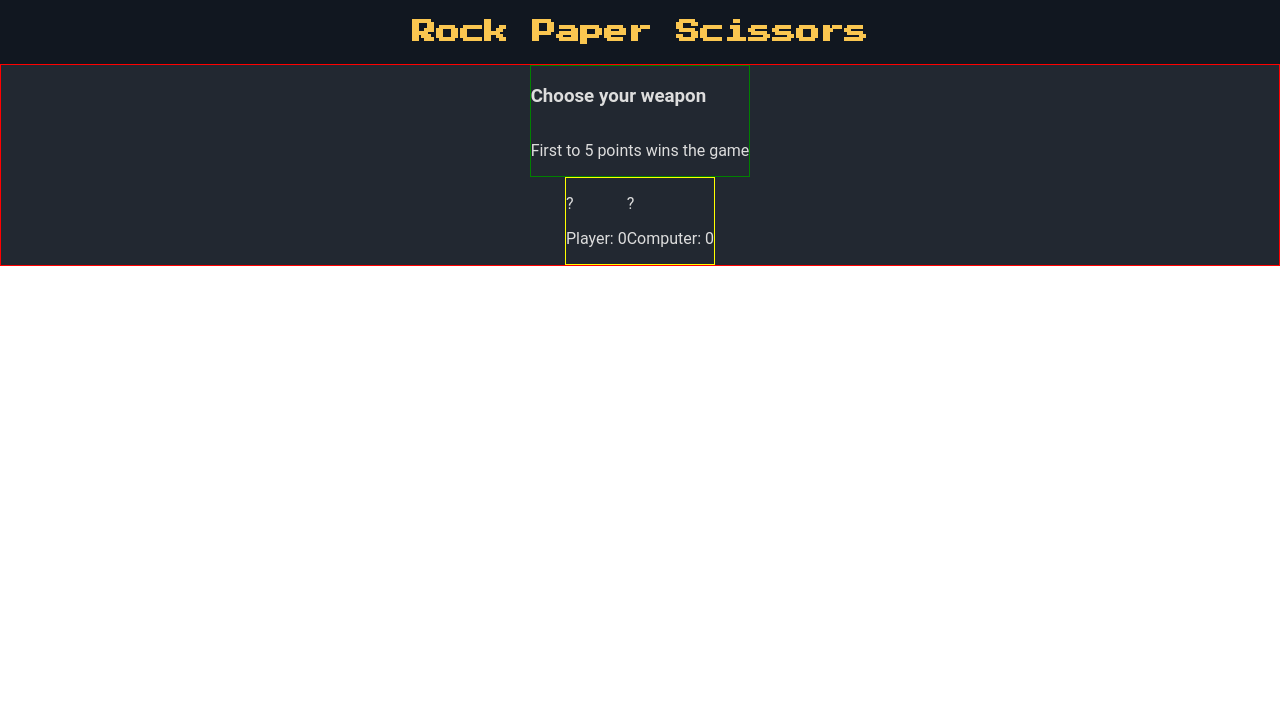
Repository: Aaryan-Poria/Rock-Paper-Scissors
Page: index.html
These files come from the project's save history. The page is drawn as it stood at one moment and after the next save; the edit follows.
The browser window is 1280 px wide. The pictures show the whole page.

Above is the page before, as saved 2023-08-21 23:36:19.

After the next save:
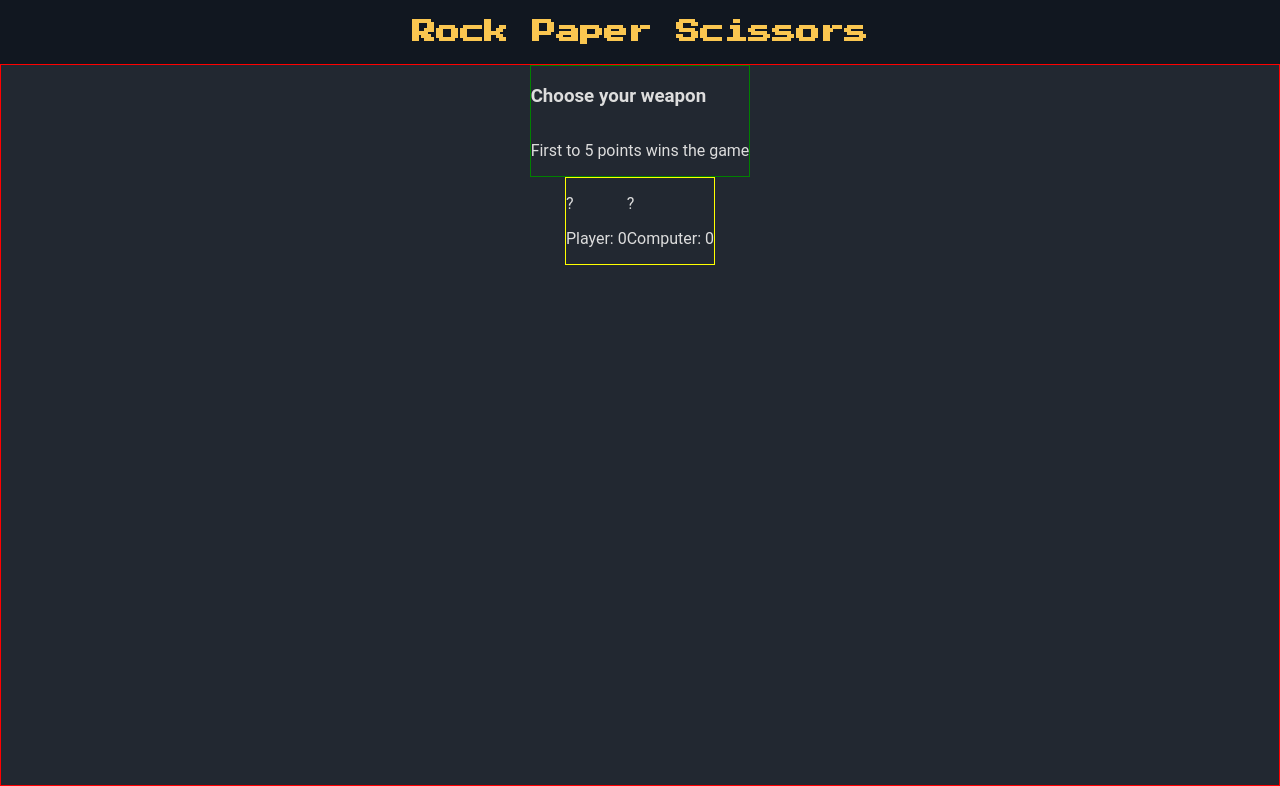
Saved 14 s later.
--- a/style.css
+++ b/style.css
@@ -17,7 +17,7 @@ body {
 .main {
   display: flex;
   flex-grow: 1;
-  height: 100var;
+  height: 100vh;
   flex-direction: column;
   background-color: #222831;
   color: #dddddd;
